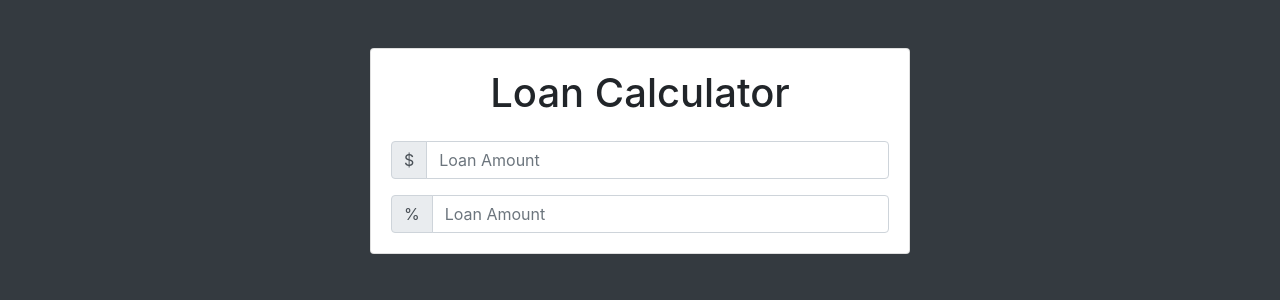
Repository: varun-project/LearningJs
Page: index.html
These files come from the project's save history. The page is drawn as it stood at one moment and after the next save; the edit follows.
The browser window is 1280 px wide. The pictures show the whole page.

Above is the page before, as saved 2019-07-28 17:00:05.

### index.html
<!DOCTYPE html>
<html lang="en">
  <head>
    <!-- Required meta tags -->
    <meta charset="utf-8" />
    <meta
      name="viewport"
      content="width=device-width, initial-scale=1, shrink-to-fit=no"
    />

    <!-- Bootstrap CSS -->
    <link
      rel="stylesheet"
      href="https://stackpath.bootstrapcdn.com/bootstrap/4.3.1/css/bootstrap.min.css"
      integrity="sha384-ggOyR0iXCbMQv3Xipma34MD+dH/1fQ784/j6cY/iJTQUOhcWr7x9JvoRxT2MZw1T"
      crossorigin="anonymous"
    />

    <title>Hello, world!</title>
  </head>
  <body class="bg-dark">
    <div class="container">
      <div class="row">
        <div class="col-md-6 mx-auto">
          <div class="card card-body text-center mt-5">
            <h1 class="heading display-5 pb-3">Loan Calculator</h1>
            <form id="loan-form">
              <div class="form-group">
                <div class="input-group">
                  <div class="input-group-prepend">
                    <div class="input-group-text">$</div>
                  </div>
                  <input
                    type="number"
                    class="form-control"
                    id="amount"
                    placeholder="Loan Amount"
                  />
                </div>
              </div>
              <div class="input-group">
                  <div class="input-group-prepend">
                    <div class="input-group-text">%</div>
                  </div>
                  <input
                    type="number"
                    class="form-control"
                    id="interest"
                    placeholder="Loan Amount"
                  />
                </div>
              </div>

            </form>
          </div>
        </div>
      </div>
    </div>

    <!-- Optional JavaScript -->
    <!-- jQuery first, then Popper.js, then Bootstrap JS -->
    <script
      src="https://code.jquery.com/jquery-3.3.1.slim.min.js"
      integrity="sha384-q8i/X+965DzO0rT7abK41JStQIAqVgRVzpbzo5smXKp4YfRvH+8abtTE1Pi6jizo"
      crossorigin="anonymous"
    ></script>
    <script
      src="https://cdnjs.cloudflare.com/ajax/libs/popper.js/1.14.7/umd/popper.min.js"
      integrity="sha384-UO2eT0CpHqdSJQ6hJty5KVphtPhzWj9WO1clHTMGa3JDZwrnQq4sF86dIHNDz0W1"
      crossorigin="anonymous"
    ></script>
    <script
      src="https://stackpath.bootstrapcdn.com/bootstrap/4.3.1/js/bootstrap.min.js"
      integrity="sha384-JjSmVgyd0p3pXB1rRibZUAYoIIy6OrQ6VrjIEaFf/nJGzIxFDsf4x0xIM+B07jRM"
      crossorigin="anonymous"
    ></script>
  </body>
</html>

After the next save:
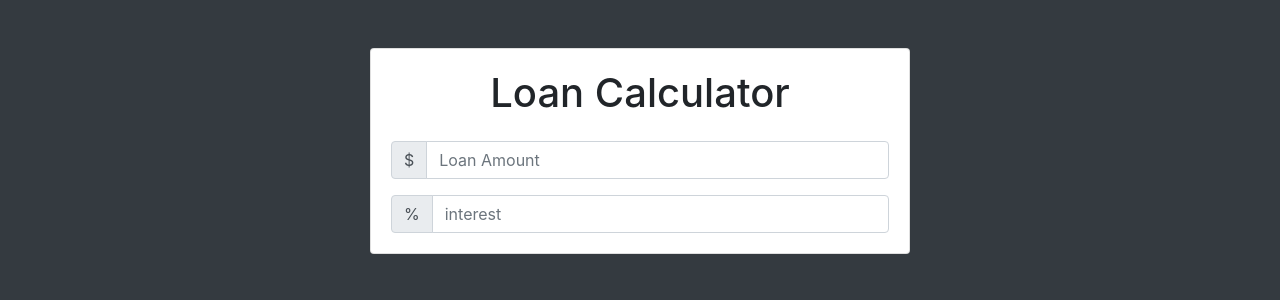
Saved 12 s later.
--- a/index.html
+++ b/index.html
@@ -46,7 +46,7 @@
                     type="number"
                     class="form-control"
                     id="interest"
-                    placeholder="Loan Amount"
+                    placeholder="interest"
                   />
                 </div>
               </div>
